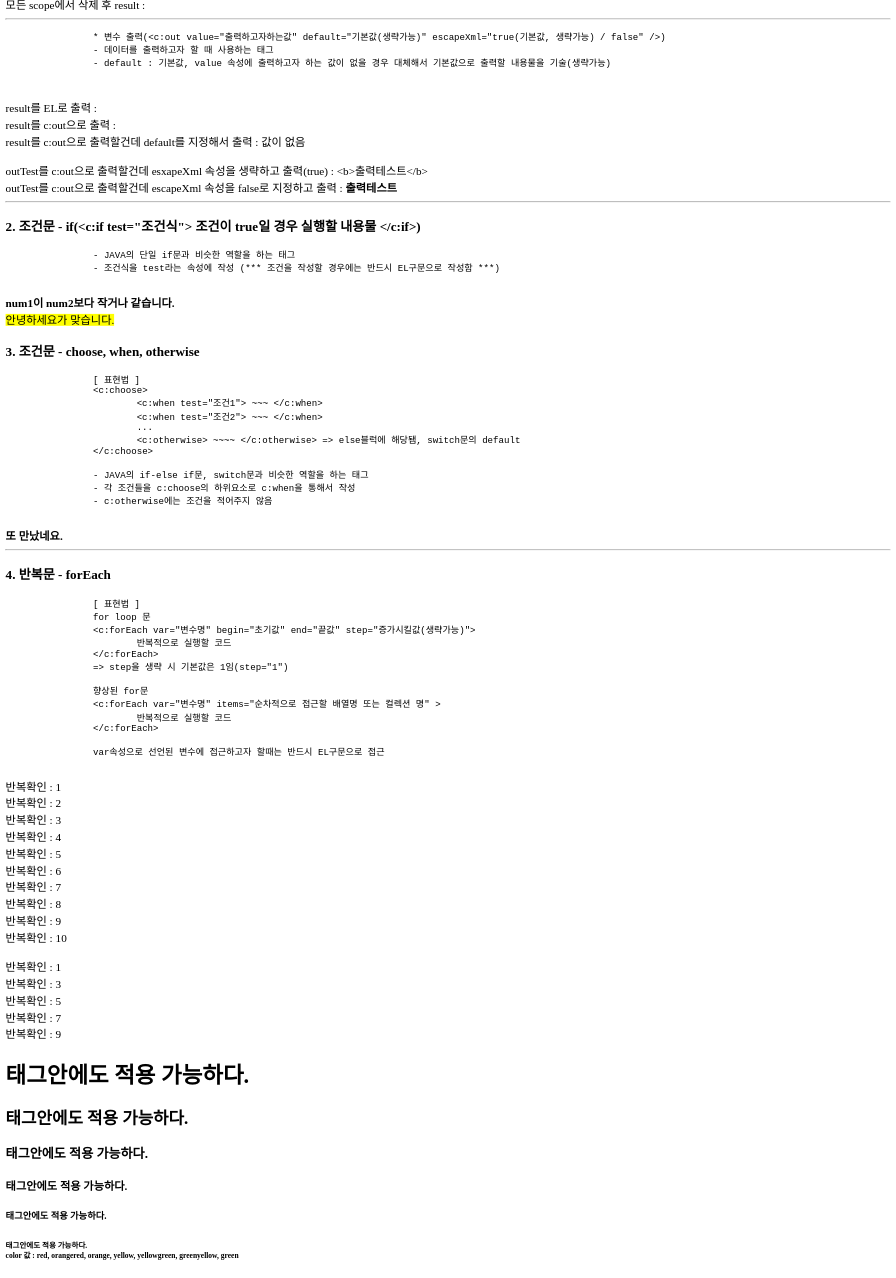
Repository: DonghwanSon1/ajax-jsp-study
Page: http://localhost/ActionProject/views/3_CustomAction/01_core.jsp
These files come from the project's save history. The page is drawn as it stood at one moment and after the next save; the edit follows.
The browser window is 1280 px wide. The pictures show the part of the page from y = 749 to 2669 px (the page is 2574 px tall before and 2669 px after), at 70% of full size.
The page is served by Tomcat 9.

Above is the page before, as saved 2022-07-13 00:20:10.

After the next save:
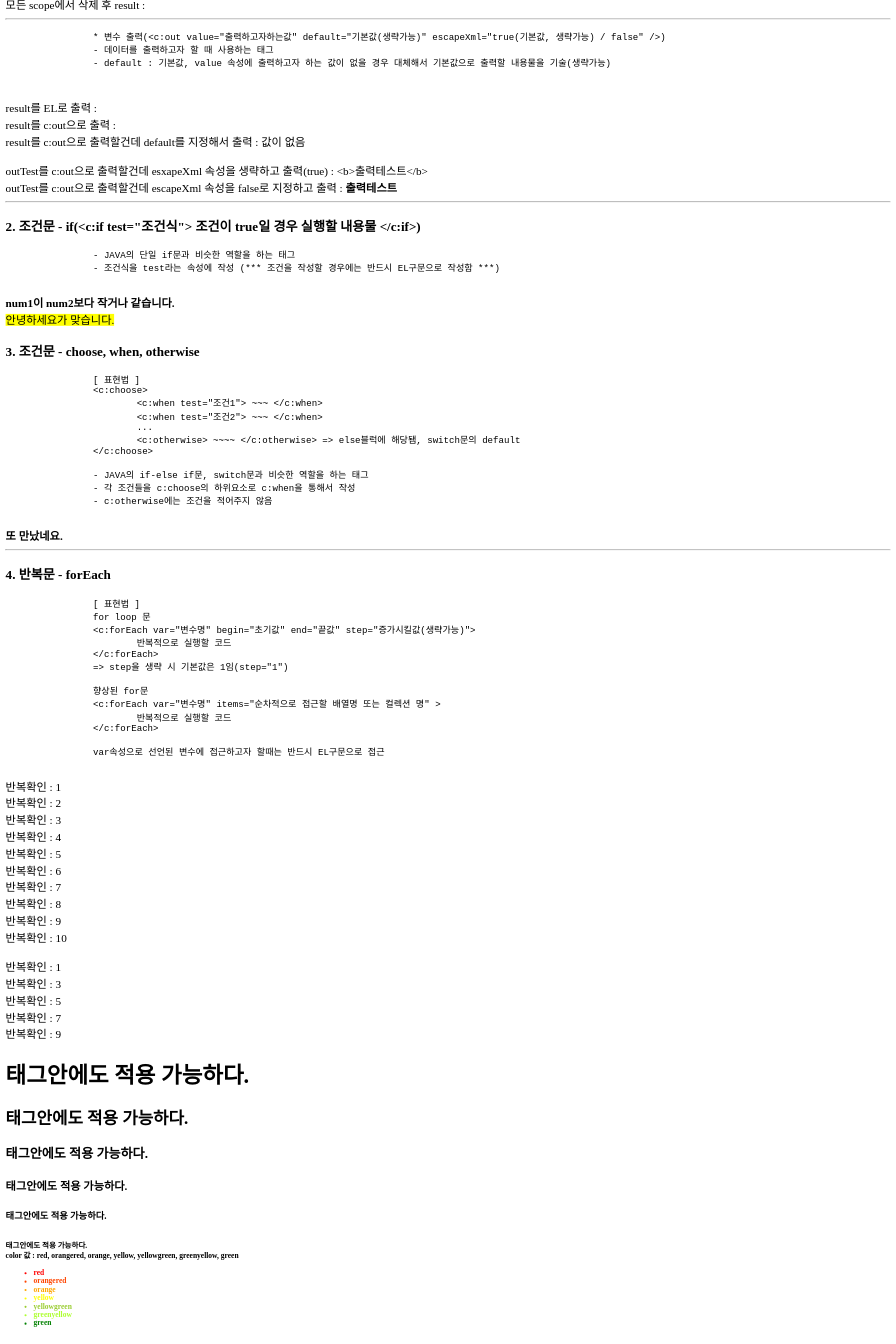
Saved 4 min 4 s later.
--- a/ActionProject/WebContent/views/3_CustomAction/01_core.jsp
+++ b/ActionProject/WebContent/views/3_CustomAction/01_core.jsp
@@ -205,6 +205,13 @@
 
 	color 값 : ${ colors } <br>
 
+	<ul>
+		<c:forEach var="c" items="${ colors }">
+			<!-- 태그안에도 적용 가능 -->
+			<li style="color:${ c };">${ c }</li>
+		</c:forEach>
+	</ul>
+
 
 
 
